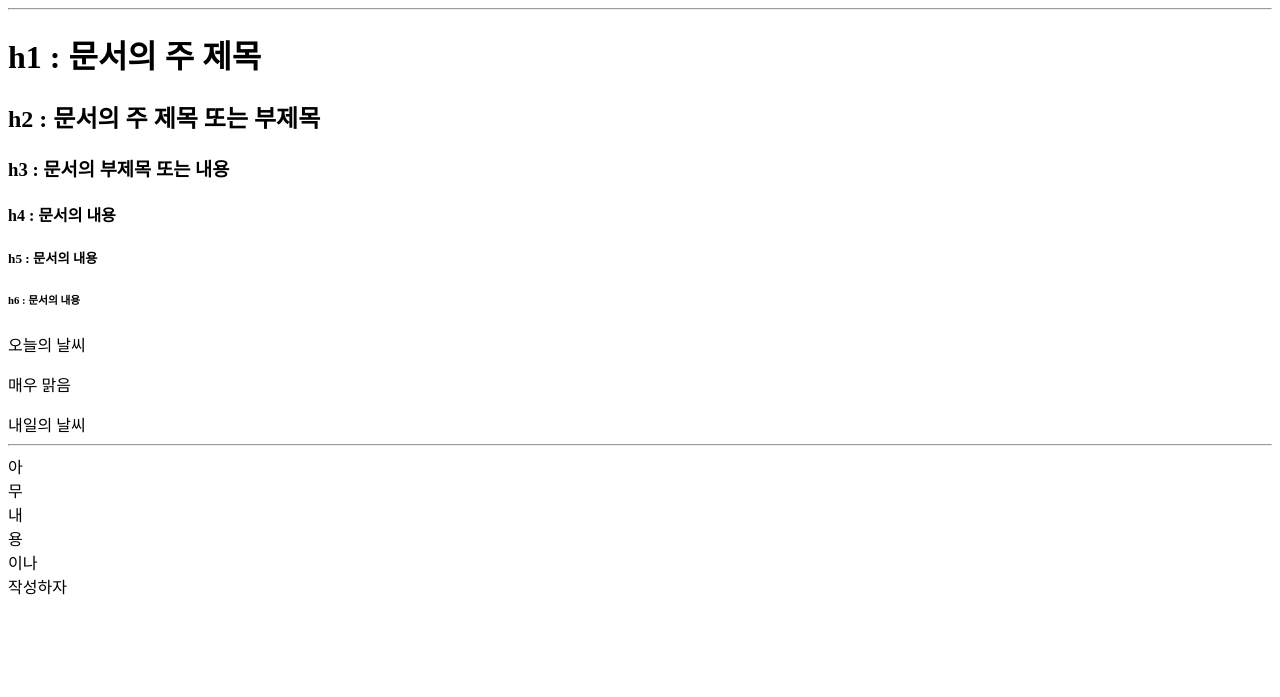
Repository: thswlsqls/JspWorkspace
Page: html/ex01.html
An editor plug-in stored every save of this project. The page is shown before and after the next save, followed by the edit.
The browser window is 1280 px wide. The pictures show the whole page.

Above is the page before, as saved 2021-04-09 08:01:49.

After the next save:
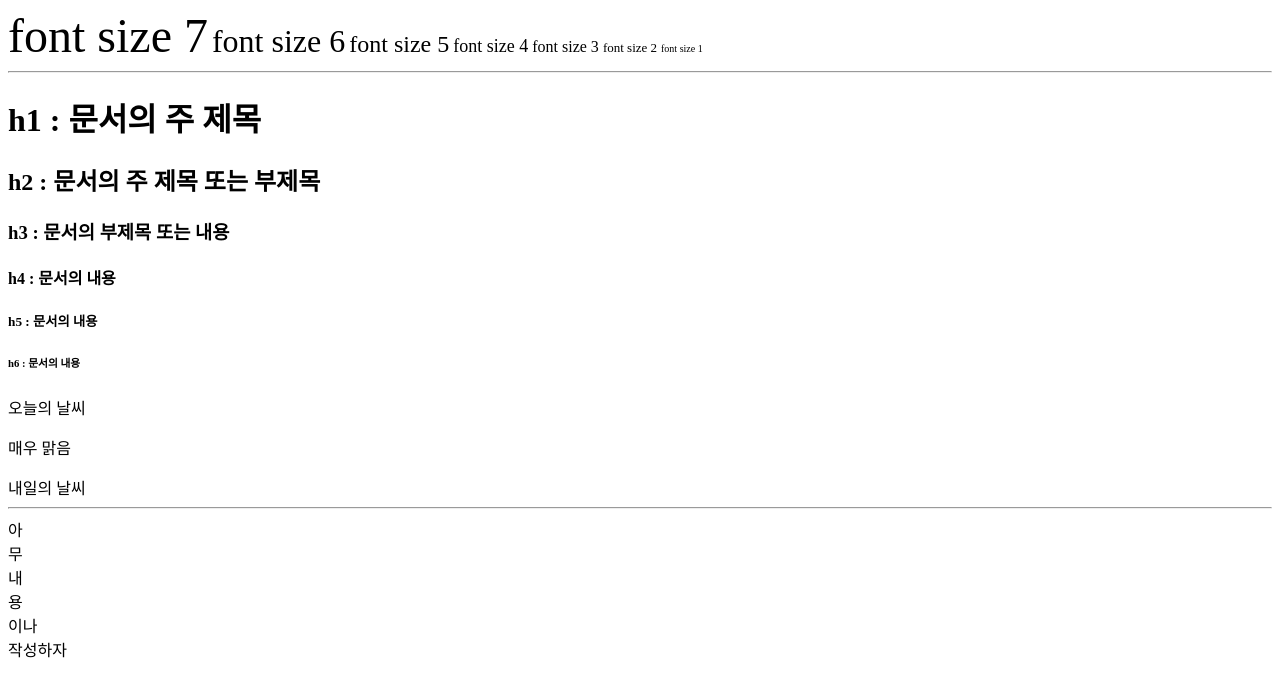
Saved 44 s later.
--- a/html/ex01.html
+++ b/html/ex01.html
@@ -8,7 +8,13 @@
 <body text="white" bgcolor="black">
  -->
 <body>
-
+	<font size="7">font size 7</font>
+	<font size="6">font size 6</font>
+	<font size="5">font size 5</font>
+	<font size="4">font size 4</font>
+	<font size="3">font size 3</font>
+	<font size="2">font size 2</font>
+	<font size="1">font size 1</font>
 <hr>
 	<h1>h1 : 문서의 주 제목</h1>
 	<h2>h2 : 문서의 주 제목 또는 부제목</h2>
